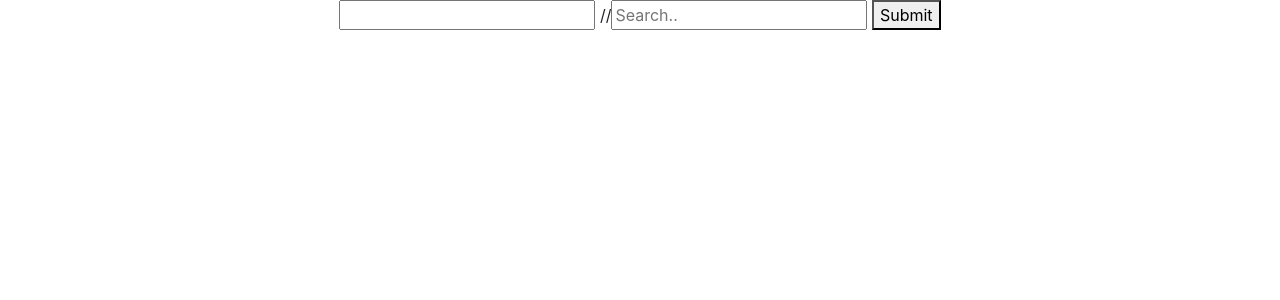
Repository: Prathyuus/MoviesHub
Page: http://localhost/Moviehub/index.jsp
The author's editor kept a copy of each file at every save. The page is drawn from the files as they stood at one save, then again after the next save.
The browser window is 1280 px wide. The pictures show the whole page.
Some web libraries are served in a nearby version. The page is served by Tomcat 9.

Above is the page before, as saved 2018-02-26 08:26:51.

After the next save:
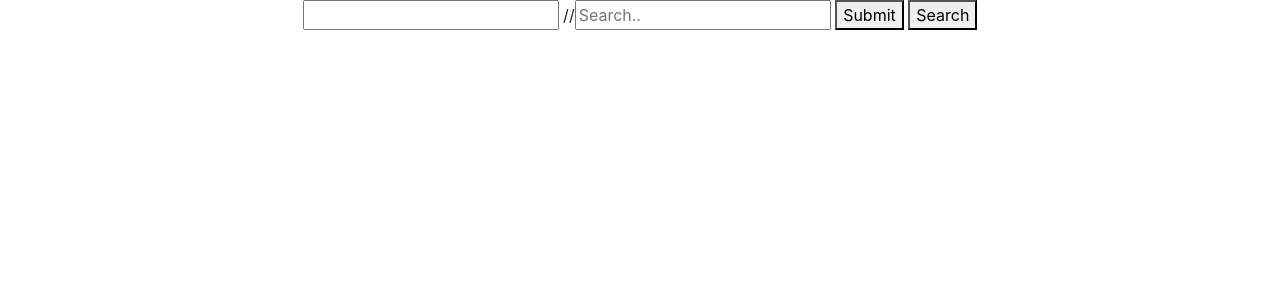
Saved 20 min 54 s later.
--- a/workspace/Moviehub/WebContent/index.jsp
+++ b/workspace/Moviehub/WebContent/index.jsp
@@ -14,11 +14,11 @@
 <body>
 
 <center>
-<form  method="post" action="myfunction.js">
+<form action="myfunction.js">
 <input type="text" name = "moviename">
 	//<input type="text" placeholder="Search.." name="moviename">
 	<button type="submit"  value="Submit">Submit</button>
-
+      <button onclick="myFunction()">Search</button>
 </form>
 </center>
 </body>
